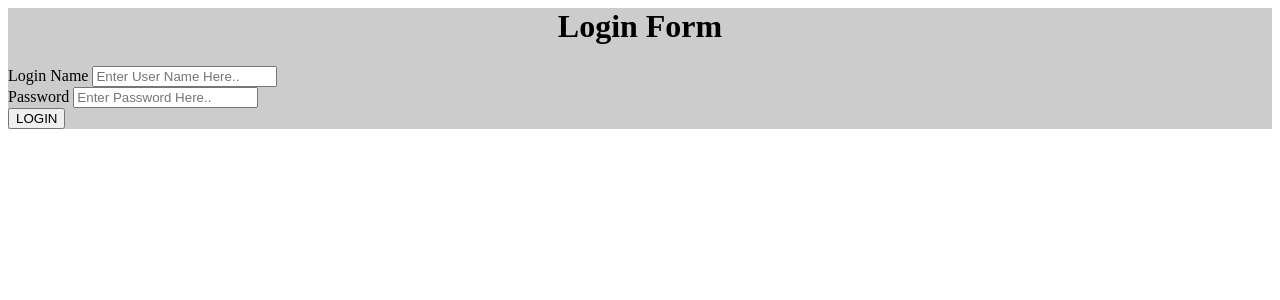
Repository: yogenderupadhyay/Project-2
Page: LetsTalkFrontend/WebContent/c_user/Login.html
An editor plug-in stored every save of this project. The page is shown before and after the next save, followed by the edit.
The browser window is 1280 px wide. The pictures show the whole page.

Above is the page before, as saved 2018-08-01 17:31:03.

### LetsTalkFrontend/WebContent/c_user/Login.html
<div class="container" id="forum-box" data-ng-Controller="UserController" style="background: url('resources/img/login.jpg');background: rgba(0, 0, 0, 0.2);">

 <h1 class="well"><center><font face="Monotype Corsiva">Login Form</font></center></h1>
	<div class="col-lg-12 well">
	<div class="row">
				<form>
					<div class="col-sm-12">
						<div class="row">
							<div class="col-sm-6 form-group">
								<label>Login Name</label>
								<input type="text" name="loginname" data-ng-model="User.emailID"  placeholder="Enter User Name Here.." class="form-control">
							</div>
							<div class="col-sm-6 form-group">
								<label>Password </label>
								<input type="password" name="password" data-ng-model="User.password" placeholder="Enter Password Here.." class="form-control">
							</div>
						</div>
					<div>
					<button type="button" data-ng-click="checklogin()" class="btn btn-lg btn-info">LOGIN</button>
					</div>
				</form>
		</div>
	</div>
</div>

After the next save:
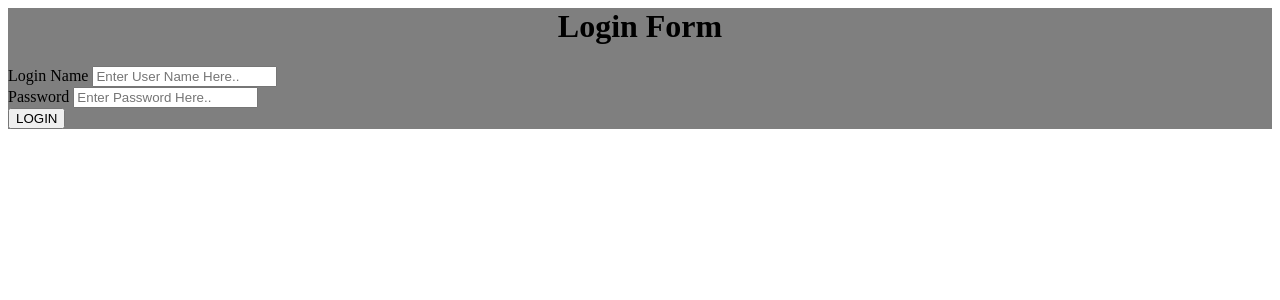
Saved 21 s later.
--- a/LetsTalkFrontend/WebContent/c_user/Login.html
+++ b/LetsTalkFrontend/WebContent/c_user/Login.html
@@ -1,4 +1,4 @@
-<div class="container" id="forum-box" data-ng-Controller="UserController" style="background: url('resources/img/login.jpg');background: rgba(0, 0, 0, 0.2);">
+<div class="container" id="forum-box" data-ng-Controller="UserController" style="background: url('resources/img/login.jpg');background: rgba(0, 0, 0, 0.5);">
 
  <h1 class="well"><center><font face="Monotype Corsiva">Login Form</font></center></h1>
 	<div class="col-lg-12 well">
